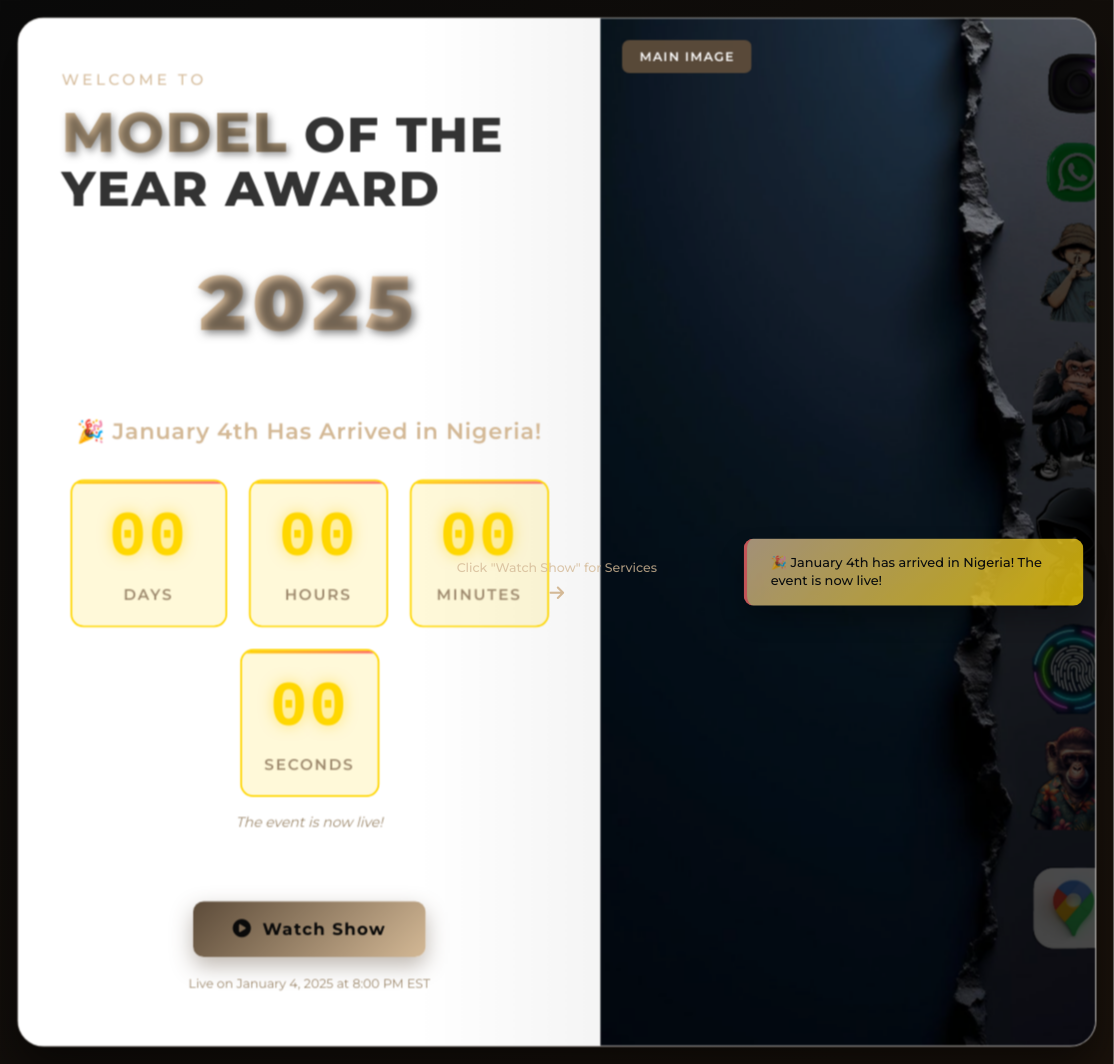
Repository: Madgerald-09/2025yearmodel
Page: index.html
These files come from the project's save history. The page is drawn as it stood at one moment and after the next save; the edit follows.
The browser window is 1280 px wide. The pictures show the whole page, at 87% of full size.

Above is the page before, as saved 2025-12-20 00:46:39.

After the next save:
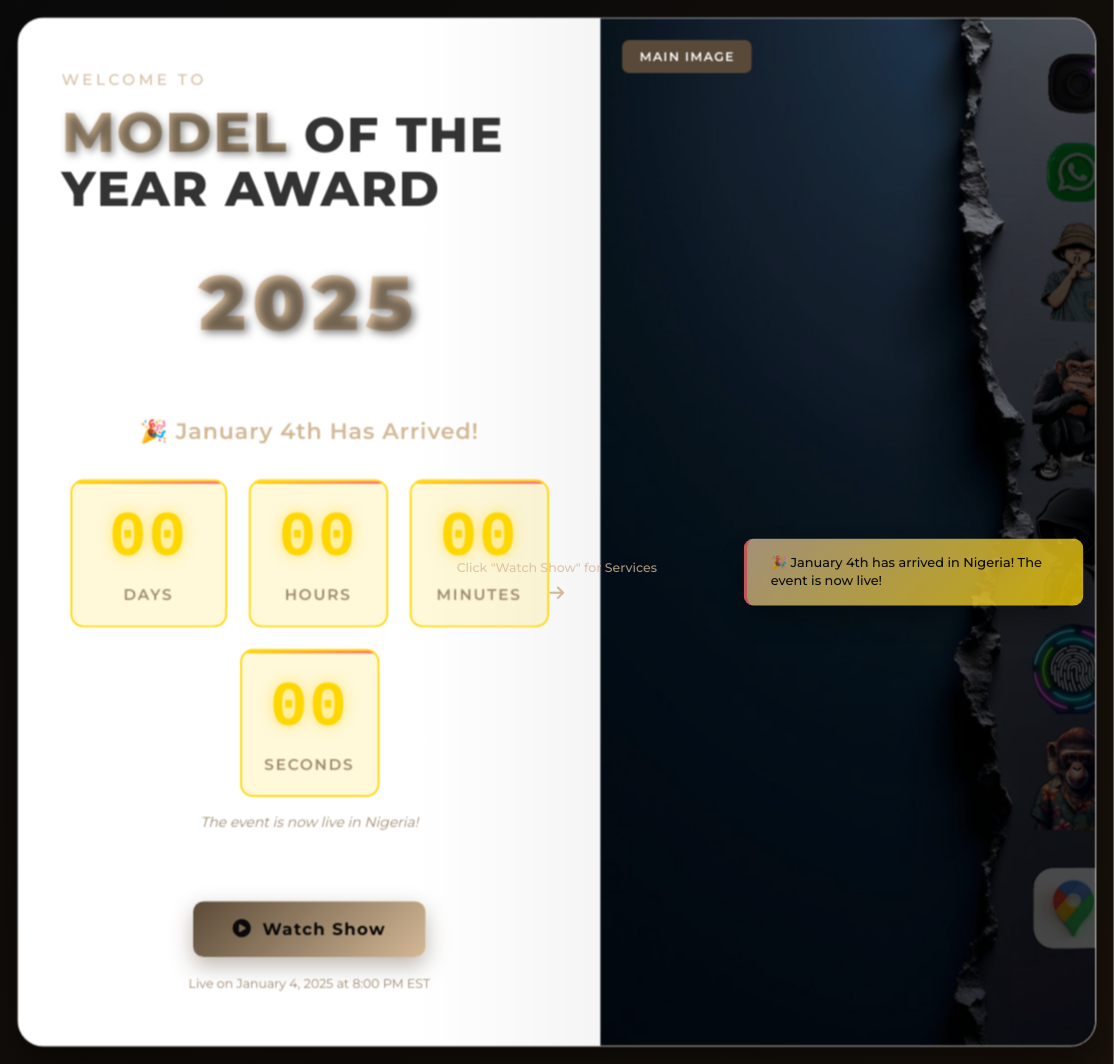
Saved 2 min 37 s later.
--- a/script.js
+++ b/script.js
@@ -10,22 +10,22 @@
 
     // Set target date to January 4, 2025 at 00:00:00 Nigerian Time (WAT - UTC+1)
     function getTargetDate() {
-        // Create date for January 4, 2025 at midnight Nigerian Time (UTC+1)
-        const target = new Date('2025-01-04T00:00:00+01:00'); // Nigerian Time (UTC+1)
-        return target.getTime();
+        // Nigeria is UTC+1 (West Africa Time)
+        // Create date for January 4, 2025 at midnight in Nigerian Time
+        const target = new Date(Date.UTC(2025, 0, 4, 0, 0, 0)); // Jan 4, 2025 00:00:00 UTC
+        // Convert to Nigerian Time (UTC+1)
+        const nigeriaOffset = 1 * 60 * 60 * 1000; // 1 hour in milliseconds
+        return target.getTime() + nigeriaOffset;
     }
 
     const targetDate = getTargetDate();
 
-    // Get current Nigerian time
+    // Get current time in Nigerian Time (UTC+1)
     function getNigerianTime() {
-        // Nigeria is UTC+1 (West Africa Time)
         const now = new Date();
-        // Convert to Nigerian time (UTC+1)
-        const nigeriaOffset = 1 * 60; // Nigeria is UTC+1 (60 minutes)
-        const localOffset = now.getTimezoneOffset(); // in minutes
-        const nigeriaTime = new Date(now.getTime() + (localOffset + nigeriaOffset) * 60000);
-        return nigeriaTime.getTime();
+        // Nigeria is UTC+1, so add 1 hour to UTC time
+        const nigeriaOffset = 1 * 60 * 60 * 1000; // 1 hour in milliseconds
+        return now.getTime() + nigeriaOffset;
     }
 
     // Countdown function - shows total hours:minutes:seconds remaining
@@ -41,10 +41,10 @@
             secondsEl.textContent = "00";
 
             // Update title
-            countdownTitle.textContent = "🎉 January 4th Has Arrived in Nigeria!";
-            countdownNote.textContent = "The event is now live!";
-
-            // Celebration colors
+            countdownTitle.textContent = "🎉 January 4th Has Arrived!";
+            countdownNote.textContent = "The event is now live in Nigeria!";
+
+            // Add celebration styling
             document.querySelectorAll('.countdown-item').forEach(item => {
                 item.classList.add('celebration');
             });
@@ -69,18 +69,21 @@
         minutesEl.textContent = minutesRemaining.toString().padStart(2, '0');
         secondsEl.textContent = secondsRemaining.toString().padStart(2, '0');
 
-        // Update the note with exact time left
+        // Update the note with time left
         const days = Math.floor(hoursRemaining / 24);
         const hoursInDay = hoursRemaining % 24;
 
         if (days > 0) {
-            countdownNote.textContent = `Time remaining: ${days} day${days > 1 ? 's' : ''} ${hoursInDay}h ${minutesRemaining}m ${secondsRemaining}s`;
+            countdownNote.textContent = `Time until January 4, 2025 (Nigeria): ${days}d ${hoursInDay}h ${minutesRemaining}m ${secondsRemaining}s`;
         } else {
-            countdownNote.textContent = `Time remaining: ${hoursRemaining}h ${minutesRemaining}m ${secondsRemaining}s`;
-        }
-
-        // Special effects based on time remaining
+            countdownNote.textContent = `Time until January 4, 2025 (Nigeria): ${hoursRemaining}h ${minutesRemaining}m ${secondsRemaining}s`;
+        }
+
+        // Update visual styles
         updateCountdownVisuals(hoursRemaining, minutesRemaining);
+
+        // For debugging - log current status
+        console.log(`Countdown: ${hoursRemaining}h ${minutesRemaining}m ${secondsRemaining}s remaining`);
     }
 
     // Update visual styles based on time remaining
@@ -177,7 +180,7 @@
         img.src = 'images/award-image1.png';
     }
 
-    // Display initial time information in Nigerian time
+    // Display initial time information
     function displayInitialInfo() {
         const nowNigerian = new Date(getNigerianTime());
         const target = new Date(targetDate);
@@ -203,13 +206,17 @@
         }
 
         // Log for debugging
-        console.log('Current Nigerian Time:', nowNigerian.toLocaleString('en-NG'));
-        console.log('Target Time (Nigeria):', target.toLocaleString('en-NG'));
-        console.log(`Time remaining: ${hours}h ${minutes}m ${seconds}s`);
+        console.log('Current Nigerian Time:', nowNigerian.toLocaleString());
+        console.log('Target Time (Nigeria):', target.toLocaleString());
+        console.log(`Time remaining until Jan 4: ${hours}h ${minutes}m ${seconds}s`);
+        console.log('Target timestamp:', targetDate);
+        console.log('Current timestamp:', getNigerianTime());
     }
 
     // Initialize everything
     function initialize() {
+        console.log('Initializing countdown...');
+
         // Check background image
         checkBackgroundImage();
 
@@ -225,31 +232,10 @@
         // Check for image changes periodically
         setInterval(checkBackgroundImage, 60000);
 
-        // Add CSS for animations
-        const style = document.createElement('style');
-        style.textContent = `
-            .pulse {
-                animation: pulse 1s infinite;
-            }
-
-            .pulse-fast {
-                animation: pulse 0.5s infinite;
-            }
-
-            @keyframes pulse {
-                0% { transform: scale(1); opacity: 1; }
-                50% { transform: scale(1.05); opacity: 0.8; }
-                100% { transform: scale(1); opacity: 1; }
-            }
-
-            .countdown-item span {
-                transition: all 0.3s ease;
-            }
-        `;
-        document.head.appendChild(style);
-
         // Store interval reference
         window.countdownInterval = countdownInterval;
+
+        console.log('Countdown initialized successfully');
     }
 
     // Start the application
@@ -257,12 +243,4 @@
 
     // Handle window resize
     window.addEventListener('resize', checkBackgroundImage);
-
-    // Handle page visibility change
-    document.addEventListener('visibilitychange', function() {
-        if (!document.hidden) {
-            // Tab is visible again - update immediately
-            updateCountdown();
-        }
-    });
 });
